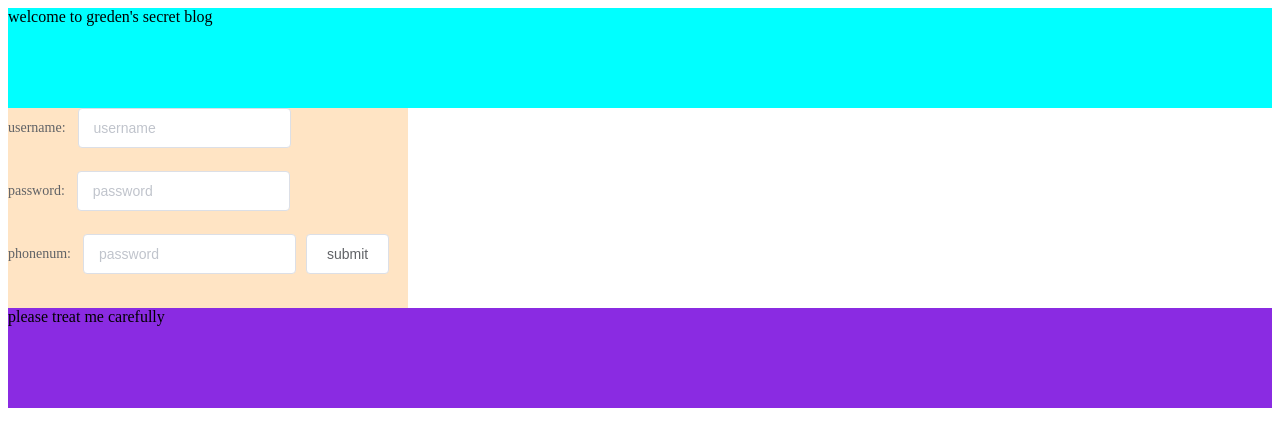
Repository: greden0814/myBlog
Page: /
An editor plug-in stored every save of this project. The page is shown before and after the next save, followed by the edit.
The browser window is 1280 px wide. The pictures show the whole page.
The project was rebuilt for these pictures with package versions that can differ from the ones it lists, and the page was loaded fresh each time.

Above is the page before, as saved 2021-07-14 22:37:07.

### index.html
<!DOCTYPE html>
<html>
  <head>
    <meta charset="utf-8">
    <meta name="viewport" content="width=device-width,initial-scale=1.0">
    <title>myblog</title>
  </head>
  <body>
    <div id="app"></div>
    <!-- built files will be auto injected -->
  </body>
</html>

### src/main.js
// The Vue build version to load with the `import` command
// (runtime-only or standalone) has been set in webpack.base.conf with an alias.
import Vue from 'vue'
import App from './App'
import router from './router'
import ElementUI from 'element-ui'
import axios from 'axios'
import 'element-ui/lib/theme-chalk/index.css'

Vue.use(ElementUI)
Vue.config.productionTip = false
Vue.prototype.$axios = axios

/* eslint-disable no-new */
new Vue({
  el: '#app',
  router,
  components: { App },
  template: '<App/>'
})

### src/App.vue
<template>
  <div id="app">
    <!-- <img src="./assets/logo.png"> -->
    <router-view/>
  </div>
</template>

<script>
export default {
  name: 'App'
}
</script>

<style></style>

### src/router/index.js
import Vue from 'vue'
import Router from 'vue-router'

Vue.use(Router)

export default new Router({
  routes: [
    {
      path: '/',
      name: 'login',
      component: () => import('@/views/login')
    }, {
      path: '/pages/indexPage',
      name: 'myblog',
      component: () => import('@/views/indexPage')
    }, {
      path: '/pages/myInfo',
      name: 'myInfo',
      component: () => import('@/views/myInfo')
    }
  ]
})

### src/views/login/index.vue
<template>
  <div class="loginPage">
    <div class="header">welcome to greden's secret blog</div>
    <div class="body">
      <div class="loginZone">
        <el-form ref="ruleForm" :model="ruleForm" label-width="100" inline>
          <el-form-item label="username: ">
            <el-input v-model="ruleForm.username" placeholder="username" />
          </el-form-item>
          <el-form-item label="password: ">
            <el-input v-model="ruleForm.password" placeholder="password" />
          </el-form-item>
          <el-form-item label="phonenum: ">
            <el-input v-model="ruleForm.phonenum" placeholder="password" />
          </el-form-item>
          <el-button @click="submitForm">submit</el-button>
        </el-form>
        {{ submit }}
      </div>
    </div>
    <div class="footer">please treat me carefully</div>
  </div>
</template>

<script>
export default {
  data() {
    return {
      ruleForm: {
        username: "",
        password: "",
        phonenum: "",
      },
      submit: "",
    };
  },
  created() {},
  methods: {
    submitForm() {
      this.submit = "already submit";
      this.$axios({
        method: "post",
        xhrFields: {
          withCredentials: true,
        },
        headers: {
          // "Content-Type" : 'application/x-www-form-urlencoded'
          "Content-Type": "application/json",
        },
        data: {
          username: this.ruleForm.username,
          password: this.ruleForm.password,
          phonenum: this.ruleForm.phonenum,
        },
        url: "http://localhost:3000/api/signin",
      }).then((res) => {
        console.log(res);
      });
    },
  },
};
</script>

<style lang="less" scoped>
.loginPage {
  .header {
    height: 100px;
    background-color: aqua;
  }
  .body {
    .loginZone {
      height: 200px;
      width: 400px;
      background-color: bisque;
    }
  }
  .footer {
    height: 100px;
    background-color: blueviolet;
  }
}
</style>

After the next save:
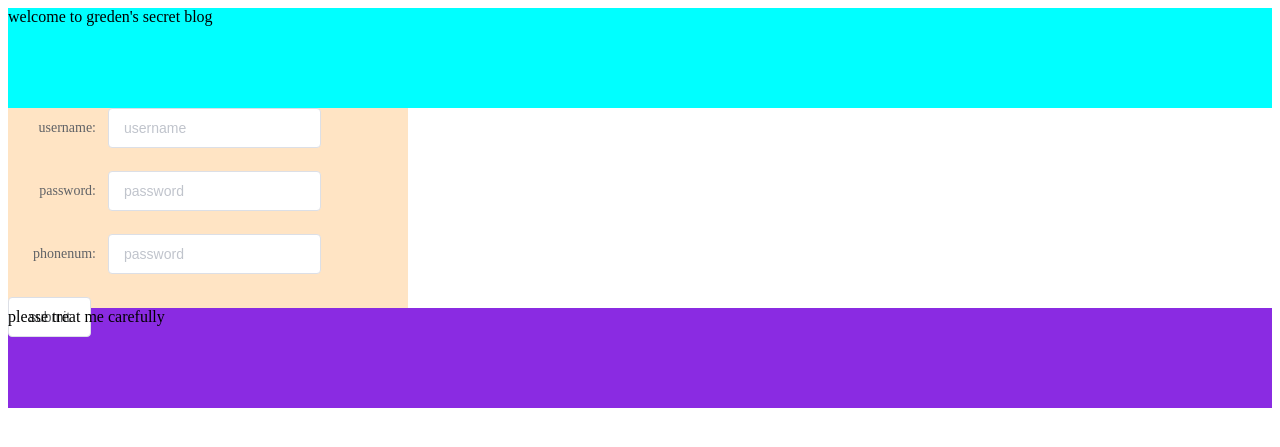
Saved 15 s later.
--- a/src/views/login/index.vue
+++ b/src/views/login/index.vue
@@ -3,7 +3,7 @@
     <div class="header">welcome to greden's secret blog</div>
     <div class="body">
       <div class="loginZone">
-        <el-form ref="ruleForm" :model="ruleForm" label-width="100" inline>
+        <el-form ref="ruleForm" :model="ruleForm" label-width="100px" inline>
           <el-form-item label="username: ">
             <el-input v-model="ruleForm.username" placeholder="username" />
           </el-form-item>
